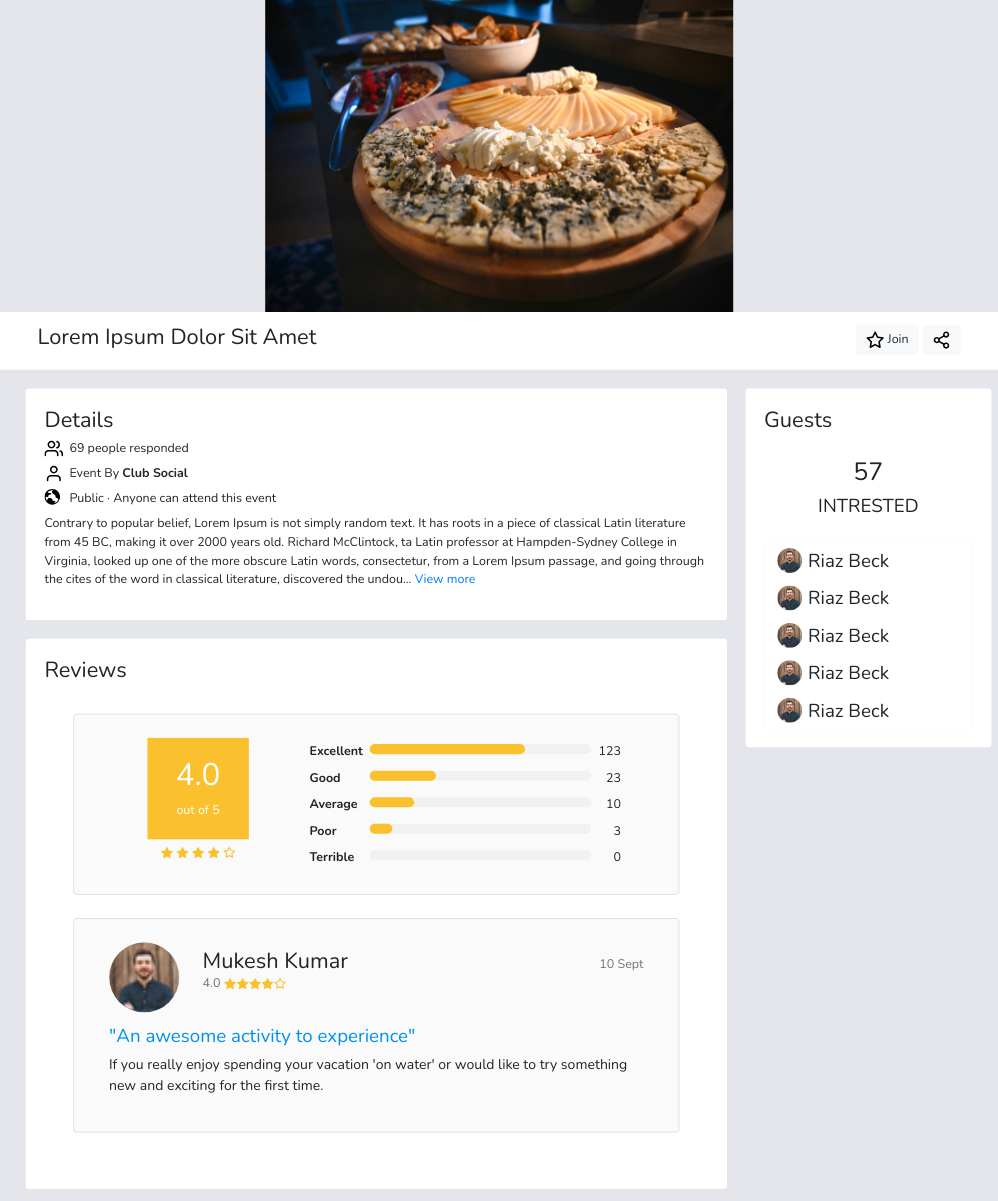
Repository: iamrachid/ensaevents
Page: club.html
The author's editor kept a copy of each file at every save. The page is drawn from the files as they stood at one save, then again after the next save.
The browser window is 1280 px wide. The pictures show the whole page, at 78% of full size.

Above is the page before, as saved 2021-11-25 19:21:32.

### club.html
<html>

<head>
    <meta charset="UTF-8">
    <meta http-equiv="X-UA-Compatible" content="IE=edge">
    <meta name="viewport" content="width=device-width, initial-scale=1.0">
    <title>Document</title>
    <link rel="stylesheet" href="css/bootstrap.css">
    <link rel="stylesheet" href="css/style.css">
    <!-- Link Swiper's CSS -->
    <link rel="stylesheet" href="https://unpkg.com/swiper/swiper-bundle.min.css" />

    <link rel="preconnect" href="https://fonts.googleapis.com">
    <link rel="preconnect" href="https://fonts.gstatic.com" crossorigin>
    <link
        href="https://fonts.googleapis.com/css2?family=Nunito:ital,wght@0,200;0,300;0,400;0,600;0,700;0,800;0,900;1,200;1,300;1,400;1,600;1,700;1,800;1,900&display=swap"
        rel="stylesheet">
</head>

<body class="w-100">

    <div class="text-center bg-main d-flex justify-content-center">
        <img src="assets/img/card-1.jpg" class="cover-img">
    </div>
    <div class="py-3 px-md-5 px-3">
        <div class="row">
            <div class="col-md-8 col-12">
                <h3>Lorem Ipsum Dolor Sit Amet</h3>
            </div>
            <div class="col-md-4 col-12 d-flex justify-content-start justify-content-md-end">
                <div class="">

                    <button class="btn btn-light ">
                        <svg class="btn-icon">
                            <use xlink:href="assets/img/icons.svg#icon-star"></use>
                        </svg>
                        Join</button>
                    <button class="btn btn-light">
                        <svg class="btn-icon">
                            <use xlink:href="assets/img/icons.svg#icon-share-2"></use>
                        </svg>
                    </button>
                </div>
            </div>
        </div>
    </div>

    <div class="px-md-4 p-0 pb-3 bg-main">
        <div class="row">
            <div class="col-md-8 col-lg-9 col-12 px-4 px-md-3 px-lg-4">
                <div class="bg-white mt-4 p-4 rounded">
                    <h3>Details</h3>
                    <div class="d-flex">
                        <svg class="detail-icon mr-2 mb-2">
                            <use xlink:href="assets/img/icons.svg#icon-users"></use>
                        </svg>
                        <span>69 people responded</span>
                    </div>
                    <div class="d-flex">
                        <svg class="detail-icon mr-2  mb-2">
                            <use xlink:href="assets/img/icons.svg#icon-user"></use>
                        </svg>
                        <span>Event By <strong>Club Social</strong></span>
                    </div>
                    <div class="d-flex">
                        <svg class="detail-icon mr-2 mb-2">
                            <use xlink:href="assets/img/icons.svg#icon-public"></use>
                        </svg>
                        <span>Public · Anyone can attend this event</span>
                    </div>
                    <p>
                        <span>
                            Contrary to popular belief, Lorem Ipsum is not simply random text. It has roots in a piece
                            of
                            classical
                            Latin literature from 45 BC, making it over 2000 years old. Richard McClintock, ta Latin
                            professor
                            at
                            Hampden-Sydney College in Virginia, looked up one of the more obscure Latin words,
                            consectetur,
                            from
                            a
                            Lorem Ipsum passage, and going through the cites of the word in classical literature,
                            discovered
                            the
                            undou</span><span class="collapse  multi-collapse show fast" id="dots">...</span>
                        <span class="collapse  multi-collapse fast" id="more-text">btable source. Lorem Ipsum comes from
                            sections
                            1.10.32 and 1.10.33 of "de Finibus Bonorum et
                            Malorum" (The Extremes of Good and Evil) by Cicero, written in 45 BC. This book is a
                            treatise on
                            the
                            theory of ethics, very popular during the Renaissance. The first line of Lorem Ipsum, "Lorem
                            ipsum
                            dolor
                            sit amet..", comes from a line in section 1.10.32.
                        </span>

                        <a class="collapse  multi-collapse fast" type="button" id="less" data-toggle="collapse"
                            data-target=".multi-collapse" aria-expanded="false"
                            aria-controls="dots more less more-text">View less</a>
                        <a class="collapse show  multi-collapse fast" type="button" id="more" data-toggle="collapse"
                            data-target=".multi-collapse" aria-expanded="false"
                            aria-controls="dots more less more-text">View more</a>
                    </p>
                </div>
                <div class="bg-white mt-4 p-4 rounded">
                    <h3>Reviews</h3>


                    <div class="row justify-content-center">
                        <div class=" col-12 col-md-11 text-center mb-5">
                            <div class="card review-card">
                                <div class="row justify-content-start d-flex">
                                    <div class="col-md-4 d-flex flex-column">
                                        <div class="rating-box">
                                            <h1 class="pt-4">4.0</h1>
                                            <p class="">out of 5</p>
                                        </div>
                                        <div class="mt-1">
                                            <svg class="rating-icon">
                                                <use xlink:href="assets/img/icons.svg#icon-star-full"></use>
                                            </svg>
                                            <svg class="rating-icon">
                                                <use xlink:href="assets/img/icons.svg#icon-star-full"></use>
                                            </svg>
                                            <svg class="rating-icon">
                                                <use xlink:href="assets/img/icons.svg#icon-star-full"></use>
                                            </svg>
                                            <svg class="rating-icon">
                                                <use xlink:href="assets/img/icons.svg#icon-star-full"></use>
                                            </svg>
                                            <svg class="rating-icon">
                                                <use xlink:href="assets/img/icons.svg#icon-star"></use>
                                            </svg>
                                        </div>
                                    </div>
                                    <div class="col-md-8">
                                        <div class="rating-bar0 justify-content-center">
                                            <table class="text-left mx-auto">
                                                <tr>
                                                    <td class="rating-label">Excellent</td>
                                                    <td class="rating-bar">
                                                        <div class="bar-container">
                                                            <div class="bar-5"></div>
                                                        </div>
                                                    </td>
                                                    <td class="text-right">123</td>
                                                </tr>
                                                <tr>
                                                    <td class="rating-label">Good</td>
                                                    <td class="rating-bar">
                                                        <div class="bar-container">
                                                            <div class="bar-4"></div>
                                                        </div>
                                                    </td>
                                                    <td class="text-right">23</td>
                                                </tr>
                                                <tr>
                                                    <td class="rating-label">Average</td>
                                                    <td class="rating-bar">
                                                        <div class="bar-container">
                                                            <div class="bar-3"></div>
                                                        </div>
                                                    </td>
                                                    <td class="text-right">10</td>
                                                </tr>
                                                <tr>
                                                    <td class="rating-label">Poor</td>
                                                    <td class="rating-bar">
                                                        <div class="bar-container">
                                                            <div class="bar-2"></div>
                                                        </div>
                                                    </td>
                                                    <td class="text-right">3</td>
                                                </tr>
                                                <tr>
                                                    <td class="rating-label">Terrible</td>
                                                    <td class="rating-bar">
                                                        <div class="bar-container">
                                                            <div class="bar-1"></div>
                                                        </div>
                                                    </td>
                                                    <td class="text-right">0</td>
                                                </tr>
                                            </table>
                                        </div>
                                    </div>
                                </div>
                            </div>
                            <div class="card review-card">
                                <div class="row d-flex">
                                    <div class=""> <img class="profile-pic" src="assets/img/user.png"> </div>
                                    <div class="d-flex flex-column">
                                        <h3 class="mt-2 mb-0">Mukesh Kumar</h3>
                                        <div>
                                            <p class="text-left d-flex align-items-center"><span
                                                    class="text-muted mr-1">4.0</span>
                                                <svg class="rating-icon">
                                                    <use xlink:href="assets/img/icons.svg#icon-star-full"></use>
                                                </svg>
                                                <svg class="rating-icon">
                                                    <use xlink:href="assets/img/icons.svg#icon-star-full"></use>
                                                </svg>
                                                <svg class="rating-icon">
                                                    <use xlink:href="assets/img/icons.svg#icon-star-full"></use>
                                                </svg>
                                                <svg class="rating-icon">
                                                    <use xlink:href="assets/img/icons.svg#icon-star-full"></use>
                                                </svg>
                                                <svg class="rating-icon">
                                                    <use xlink:href="assets/img/icons.svg#icon-star"></use>
                                                </svg>
                                            </p>
                                        </div>
                                    </div>
                                    <div class="ml-auto">
                                        <p class="text-muted pt-5 pt-sm-3">10 Sept</p>
                                    </div>
                                </div>
                                <div class="row text-left">
                                    <h4 class="blue-text mt-3">"An awesome activity to experience"</h4>
                                    <p class="content">If you really enjoy spending your vacation 'on water' or would
                                        like
                                        to try something new and exciting for the first time.</p>
                                </div>
                            </div>
                        </div>
                    </div>



                </div>
            </div>
            <div class=" px-4 px-md-0 py-4 col-md-4 col-lg-3  col-sm-12 ">
                <div class="bg-white  p-4 rounded">
                    <h3>Guests</h3>
                    <div class="d-flex  justify-content-center py-4">
                        <div class="d-flex flex-column align-items-center">
                            <h2 cla>57</h2>
                            <h4 class="text-uppercase">Intrested</h4>
                        </div>

                    </div>
                    <div class="overflow-auto border-light border rounded users px-2">
                        <div class="user d-flex align-items-center">
                            <img class="user-img m-2" src="assets/img/user.png" />
                            <span class="user-name">Riaz Beck</span>
                        </div>
                        <div class="user d-flex align-items-center">
                            <img class="user-img m-2" src="assets/img/user.png" />
                            <span class="user-name">Riaz Beck</span>
                        </div>
                        <div class="user d-flex align-items-center">
                            <img class="user-img m-2" src="assets/img/user.png" />
                            <span class="user-name">Riaz Beck</span>
                        </div>
                        <div class="user d-flex align-items-center">
                            <img class="user-img m-2" src="assets/img/user.png" />
                            <span class="user-name">Riaz Beck</span>
                        </div>
                        <div class="user d-flex align-items-center">
                            <img class="user-img m-2" src="assets/img/user.png" />
                            <span class="user-name">Riaz Beck</span>
                        </div>
                        <div class="user d-flex align-items-center">
                            <img class="user-img m-2" src="assets/img/user.png" />
                            <span class="user-name">Riaz Beck</span>
                        </div>
                        <div class="user d-flex align-items-center">
                            <img class="user-img m-2" src="assets/img/user.png" />
                            <span class="user-name">Riaz Beck</span>
                        </div>
                        <div class="user d-flex align-items-center">
                            <img class="user-img m-2" src="assets/img/user.png" />
                            <span class="user-name">Riaz Beck</span>
                        </div>
                        <div class="user d-flex align-items-center">
                            <img class="user-img m-2" src="assets/img/user.png" />
                            <span class="user-name">Riaz Beck</span>
                        </div>
                        <div class="user d-flex align-items-center">
                            <img class="user-img m-2" src="assets/img/user.png" />
                            <span class="user-name">Riaz Beck</span>
                        </div>
                    </div>
                </div>
            </div>
        </div>
        <script src="js/jquery-3.6.0.js">
        </script>
        <!-- Bootstrap -->
        <script src="js/bootstrap.js"></script>
        <!-- Swiper JS -->
        <script src="js/swiper-bundle.min.js"></script>

        <!-- Main script -->
        <script src="js/script.js"></script>

</body>

</html>

### css/style.css
@font-face {
    font-family: Forever;
    src: url(../font/Foreverbrushscript-GwZy.otf);
  }

html, body{
    font-family: "Nunito";
    font-weight: 400;
    width: 100%;
}
.hero {
    background: linear-gradient(45deg, rgba(173,225,255,1) 0%, rgba(186,175,255,1) 40%, rgba(175,255,182,1) 74%, rgba(175,255,182,1) 100%);
}
.btn-header {
    font-size: 1rem;
}

.heading-title {
    font-size: 5rem;
    font-weight: 800;
}
@media only screen and (max-width: 768px) {
    .heading-title {
        font-size: 4rem;
    }

    .padding-smallSize {
        padding: .5rem;
    }
}

.heading-title_white {
    color: #fafafa;
}
.heading-subtitle {
    color: #fafafa;
    letter-spacing: .2cm;
}
.search-bar {
    padding: .51rem 0.5rem;
    background-color: white;
    left: 50%;
    transform: translate(-50%,-50%);
    border-radius: 30px;
}

.search-btn {
    background-color: #b2d0ff;
    color: #fafafa;
    font-weight: 600;
}

.card-img-box {
    height: 12rem;
    overflow: hidden;
    display: flex;
    justify-content: center;
    align-items: center;
}

.forever {
    font-family: Forever;
    font-size:2rem
}

.bg-color-blue {
    background-color:#b2d0ff;
}

.gradient {
    background:linear-gradient(to right,rgba(149, 133, 255,1) 0%, rgba(186,175,255,1)  100%);
}

.menu-icon {
    width: 1.2rem;
    height: 1.2rem;
    fill: #fff;
}

.menu-active {
    border-left: 5px solid #fff;
}

.side-nav-link, .side-nav-link:hover {
    color: #fff;
}

.side-nav-item.active:hover {
    padding-right:5px;
}

.side-nav-item {
    transition: all  0.3s;
}

.side-nav-item:hover, .side-nav-item.active {
    border-left: 5px solid #fff;
    transition: all 0.3s;
}

.btn-purple {
    color: #fff;
    background-color: rgba(149, 133, 255,1);
    border-color: rgba(149, 133, 255,1);
}

.btn-purple:hover {
    color: #fff;
    background-color: rgba(186,175,255,1);
    border-color: rgba(186,175,255,1);
}

.detail-icon {
    height: 1.5rem;
    width: 1.5rem;
}

.users {
    height: 15rem;
}

.user-name {
    font-size:1.5rem;
}

.user-img {
    height: 2rem;
    width: 2rem;
    border-radius:50%;
}

.btn-icon {
    height: 1.5rem;
    width: 1.5rem;
}

.fast {
    transition: all 0s;
}

.bg-main {
    background-color: #e4e6eb !important;
}

.cover-img {
    width: 100%;
    max-width: 600px;
}

/* Reviews */

.rating-icon {
    fill: #FBC02D;
    height: 1rem;
    width: 1rem;
}

.review-card {
    border-radius: 5px;
    background-color: #fff;
    background-color: #fafafa;
    padding-left: 60px;
    padding-right: 60px;
    margin-top: 30px;
    padding-top: 30px;
    padding-bottom: 30px
}

.rating-box {
    width: 130px;
    height: 130px;
    margin-right: auto;
    margin-left: auto;
    background-color: #FBC02D;
    color: #fff
}

.rating-label {
    font-weight: bold
}

.rating-bar {
    width: 300px;
    padding: 8px;
    border-radius: 5px
}

.bar-container {
    width: 100%;
    background-color: #f1f1f1;
    text-align: center;
    color: white;
    border-radius: 20px;
    cursor: pointer;
    margin-bottom: 5px
}

.bar-5 {
    width: 70%;
    height: 13px;
    background-color: #FBC02D;
    border-radius: 20px
}

.bar-4 {
    width: 30%;
    height: 13px;
    background-color: #FBC02D;
    border-radius: 20px
}

.bar-3 {
    width: 20%;
    height: 13px;
    background-color: #FBC02D;
    border-radius: 20px
}

.bar-2 {
    width: 10%;
    height: 13px;
    background-color: #FBC02D;
    border-radius: 20px
}

.bar-1 {
    width: 0%;
    height: 13px;
    background-color: #FBC02D;
    border-radius: 20px
}


.star-active {
    color: #FBC02D;
    margin-top: 10px;
    margin-bottom: 10px
}

.star-active:hover {
    color: #F9A825;
    cursor: pointer
}

.star-inactive {
    color: #CFD8DC;
    margin-top: 10px;
    margin-bottom: 10px
}

.blue-text {
    color: #0091EA
}

.content {
    font-size: 18px
}

.profile-pic {
    width: 90px;
    height: 90px;
    border-radius: 100%;
    margin-right: 30px
}

.pic {
    width: 80px;
    height: 80px;
    margin-right: 10px
}

### js/script.js
var swiper = new Swiper(".events", {
    pagination: {
      el: ".swiper-pagination",
      clickable: true,
    }
    ,
    breakpoints: {
      640: {
        slidesPerView: 1,
        spaceBetween: 20,
      },
      768: {
        slidesPerView: 2,
        spaceBetween: 40,
      },
      1024: {
        slidesPerView: 3,
        spaceBetween: 50,
      },
    },

  })

  var swiper = new Swiper(".clubs", {
    spaceBetween: 10,
    autoplay: {
      delay: 3000,
      // TODO: this should be false
      disableOnInteraction: false,
    },
    pagination: {
      el: ".swiper-pagination",
      clickable: true,
    },
    navigation: {
      nextEl: ".swiper-button-next",
      prevEl: ".swiper-button-prev",
    },
    breakpoints: {
      640: {
        slidesPerView: 2,
        spaceBetween: 20,
      },
      768: {
        slidesPerView: 3,
        spaceBetween: 40,
      },
      1024: {
        slidesPerView: 5,
        spaceBetween: 50,
      },
    }
  });;

Loaded but not shown: css/bootstrap.css (library); js/jquery-3.6.0.js (library); js/bootstrap.js (library); js/swiper-bundle.min.js (library)

After the next save:
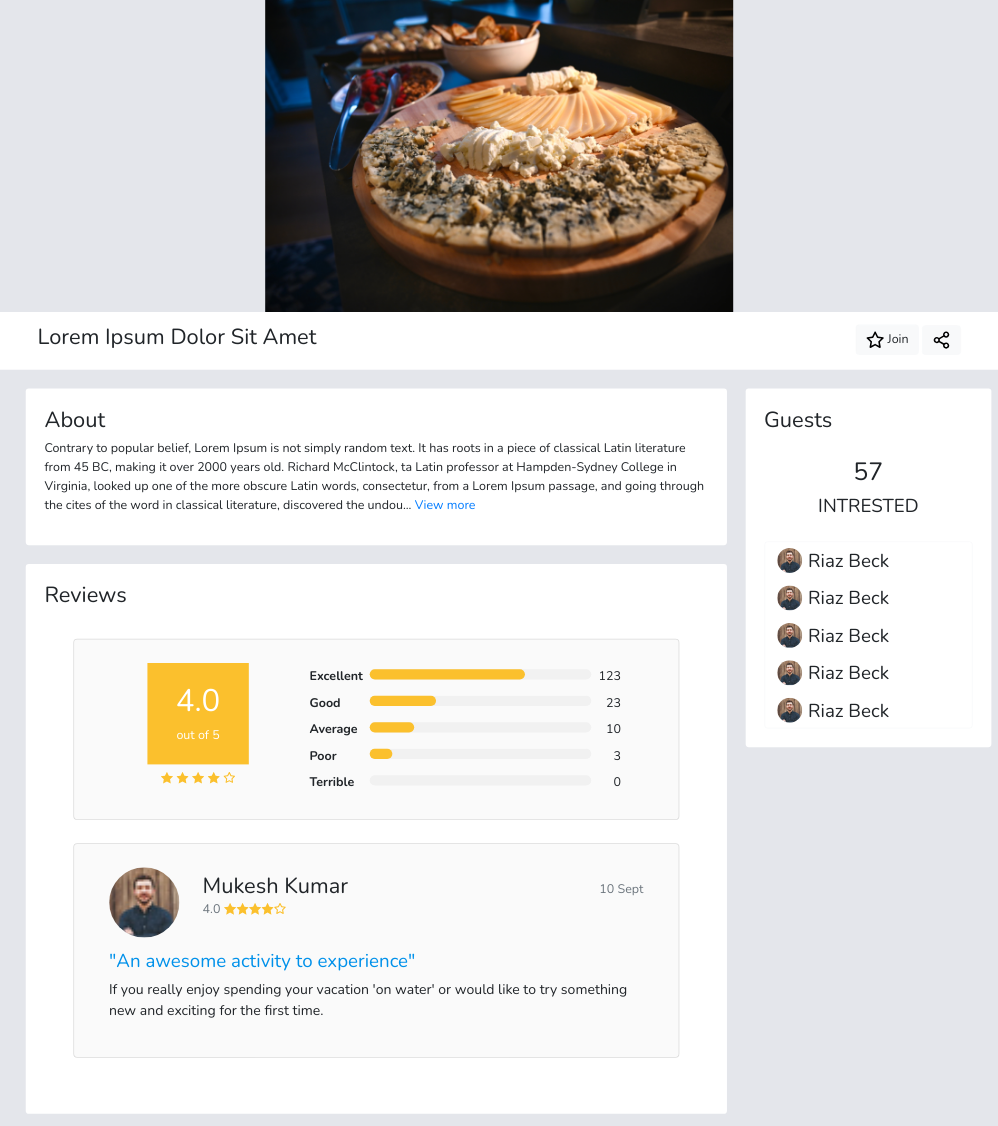
Saved 50 s later.
--- a/club.html
+++ b/club.html
@@ -49,8 +49,8 @@
         <div class="row">
             <div class="col-md-8 col-lg-9 col-12 px-4 px-md-3 px-lg-4">
                 <div class="bg-white mt-4 p-4 rounded">
-                    <h3>Details</h3>
-                    <div class="d-flex">
+                    <h3>About</h3>
+                    <!-- <div class="d-flex">
                         <svg class="detail-icon mr-2 mb-2">
                             <use xlink:href="assets/img/icons.svg#icon-users"></use>
                         </svg>
@@ -67,7 +67,7 @@
                             <use xlink:href="assets/img/icons.svg#icon-public"></use>
                         </svg>
                         <span>Public · Anyone can attend this event</span>
-                    </div>
+                    </div> -->
                     <p>
                         <span>
                             Contrary to popular belief, Lorem Ipsum is not simply random text. It has roots in a piece
